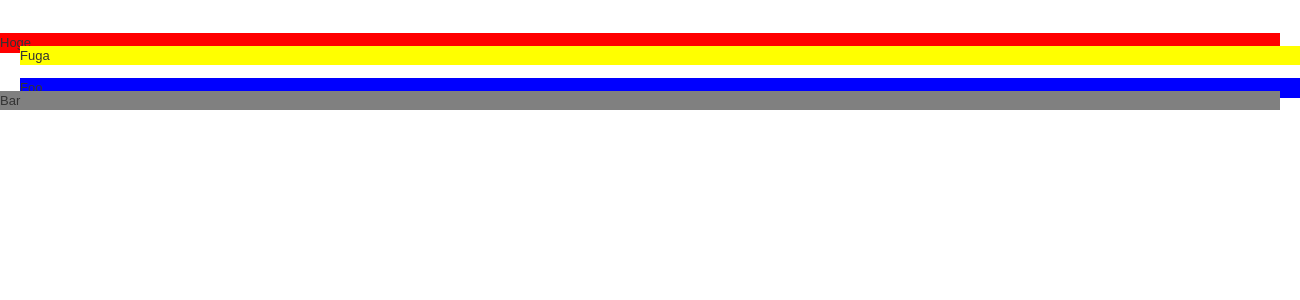
Repository: myojosamurai/Samurai_JS-
Page: HTML/6/home.html
The author's editor kept a record of every edit. The page is drawn from the files as they stood at one moment, then again after the next edit.
The browser window is 1280 px wide. The page is 1300 px wide, so the pictures cover 1300 px, including what lies to the right of the window. The pictures show the whole page.

Above is the page before.

### HTML/6/home.html
<!DOCTYPE html>
<html lang="ja">
  <head>
    <meta charset="UTF-8">
    <title>HTML/CSSの学習</title>
    <link rel="stylesheet" href="stylesheet.css">
  </head>
  <body>
    <div id="wrapper">
<!---        <p>Hoge</p>
-        <p>Fuga</p>
-        <p>Foo</p>
-        <p>Bar</p> -->
        <div id="layout">
            <p id="layout1">Hoge</p>
            <p id="layout2">Fuga</p>
            <p id="layout3">Foo</p>
            <p id="layout4">Bar</p>
        </div>
    </div>
  </body>
</html>

### HTML/6/stylesheet.css
@charset "utf-8";

body {
	margin: 0;
	padding: 0;
	font-family: "ヒラギノ角ゴ Pro W3", "Hiragino Kaku Gothic Pro", "メイリオ", Meiryo, Osaka, "ＭＳ Ｐゴシック", "MS PGothic", sans-serif;
	color: #333;
	font-size: 13px;
	line-height: 150%;
}

/* -------------------- wrapper -------------------- */
#wrapper {
	width: 100%;
	margin: auto;
	padding: 0px;
	border: 0px;
	background-color: #FFF;
}

 #layout {
     position: static;
 }
 #layout1 {
     position: relative;
     top: 20px;
     background-color: red;
 }
 #layout2 {
     position: relative;
     left: 20px;
     background-color: yellow;
 }
 #layout3 {
     position: relative;
     right: -20px;
     background-color: blue;
 }
 #layout4 {
     position: relative;
     bottom: 20px;
     background-color: gray;
 }

After the next edit:
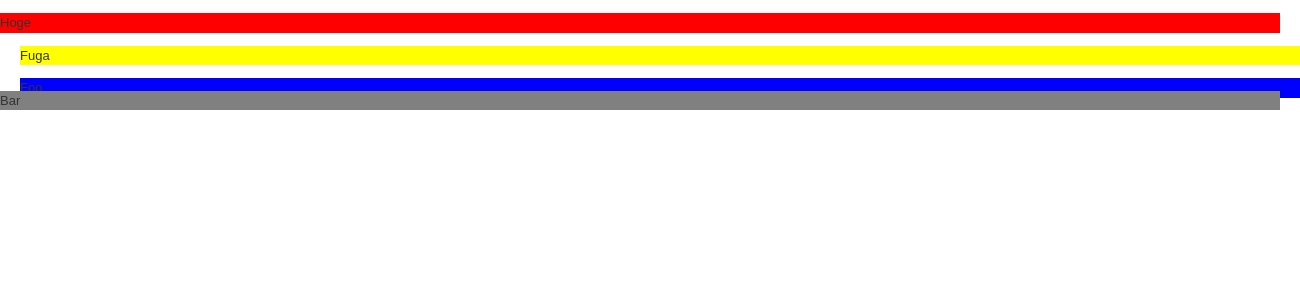
The edit:
--- a/HTML/6/stylesheet.css
+++ b/HTML/6/stylesheet.css
@@ -23,7 +23,7 @@
  }
  #layout1 {
      position: relative;
-     top: 20px;
+    /* top: 20px;*/
      background-color: red;
  }
  #layout2 {

After the edit that followed:
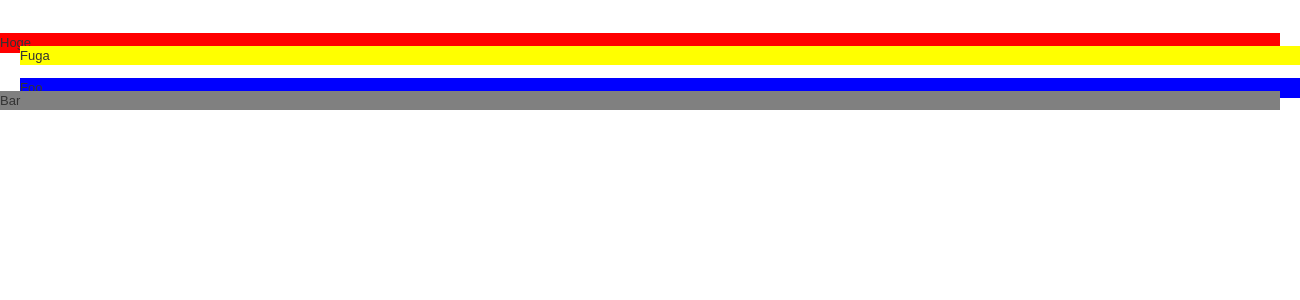
The edit:
--- a/HTML/6/stylesheet.css
+++ b/HTML/6/stylesheet.css
@@ -23,7 +23,7 @@
  }
  #layout1 {
      position: relative;
-    /* top: 20px;*/
+     top: 20px;
      background-color: red;
  }
  #layout2 {
